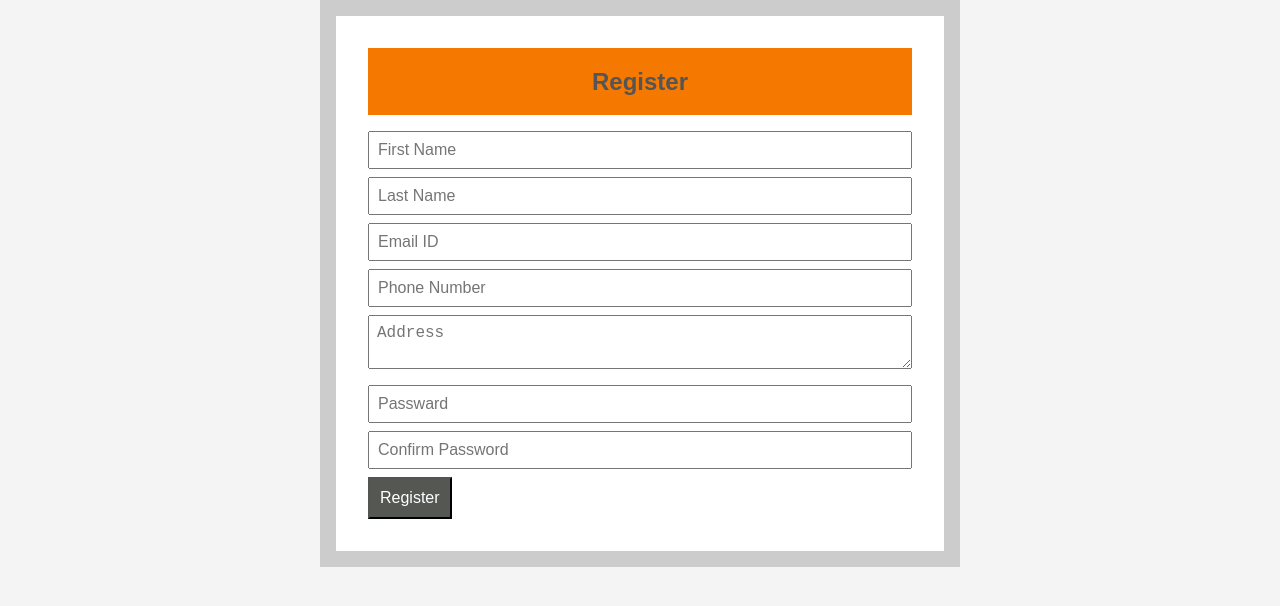
Repository: Kutty39/WebApps
Page: http://localhost/WebPageApp1/register.jsp
These files come from the project's save history. The page is drawn as it stood at one moment and after the next save; the edit follows.
The browser window is 1280 px wide. The pictures show the whole page.
The page is served by Tomcat 9.

Above is the page before, as saved 2019-12-07 05:19:00.

After the next save:
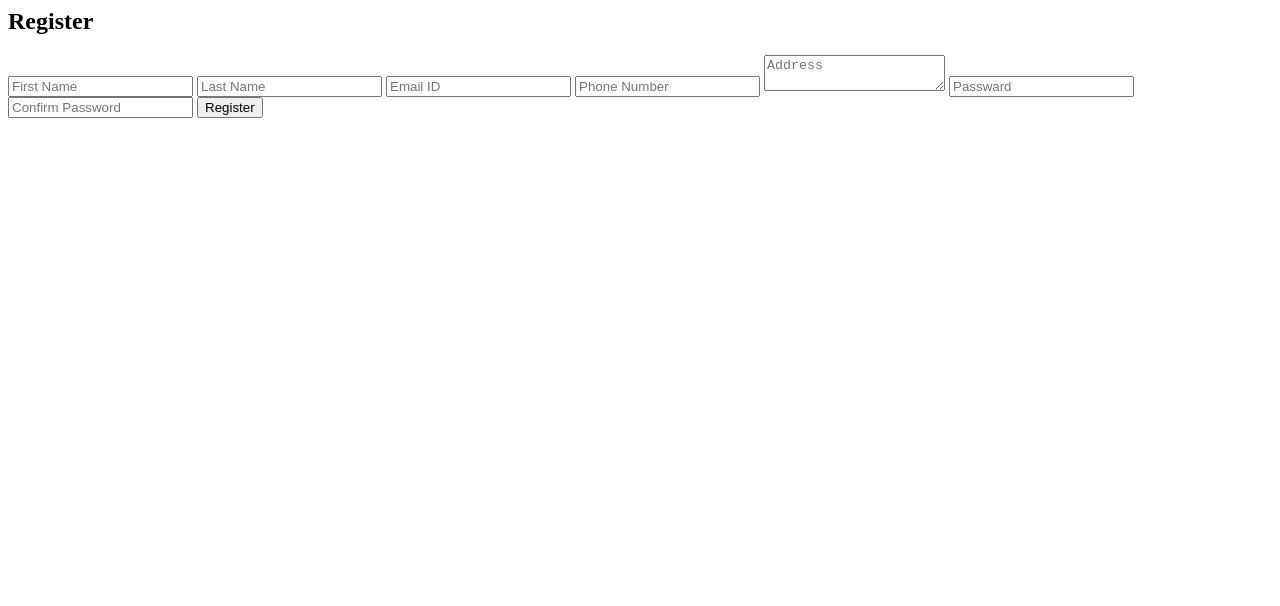
Saved 77 min 37 s later.
--- a/LoginRegistrationPage/WebPageApp1/src/main/webapp/register.jsp
+++ b/LoginRegistrationPage/WebPageApp1/src/main/webapp/register.jsp
@@ -1,4 +1,4 @@
-<%@ page language="java" contentType="text/html; charset=UTF-8"
+<%-- <%@ page language="java" contentType="text/html; charset=UTF-8"
 	pageEncoding="UTF-8"%>
 <!DOCTYPE html>
 <html>
@@ -6,11 +6,10 @@
 <meta charset="UTF-8">
 <title>Register</title>
 <link href="CSS/mycss.css" rel="stylesheet" type="text/css">
-<script
-	src="https://ajax.googleapis.com/ajax/libs/jquery/3.4.1/jquery.min.js"></script>
+<script	src="https://ajax.googleapis.com/ajax/libs/jquery/3.4.1/jquery.min.js"></script>
 <script src="JS/myjs.js"></script>
 </head>
-<body>
+<body> --%>
 	<div class="form-container">
 		<div class="form-header">
 			<h2>Register</h2>
@@ -37,5 +36,5 @@
 				class="button" type="submit" value="Register">
 		</form>
 	</div>
-</body>
-</html>
+<!-- </body>
+</html> -->
